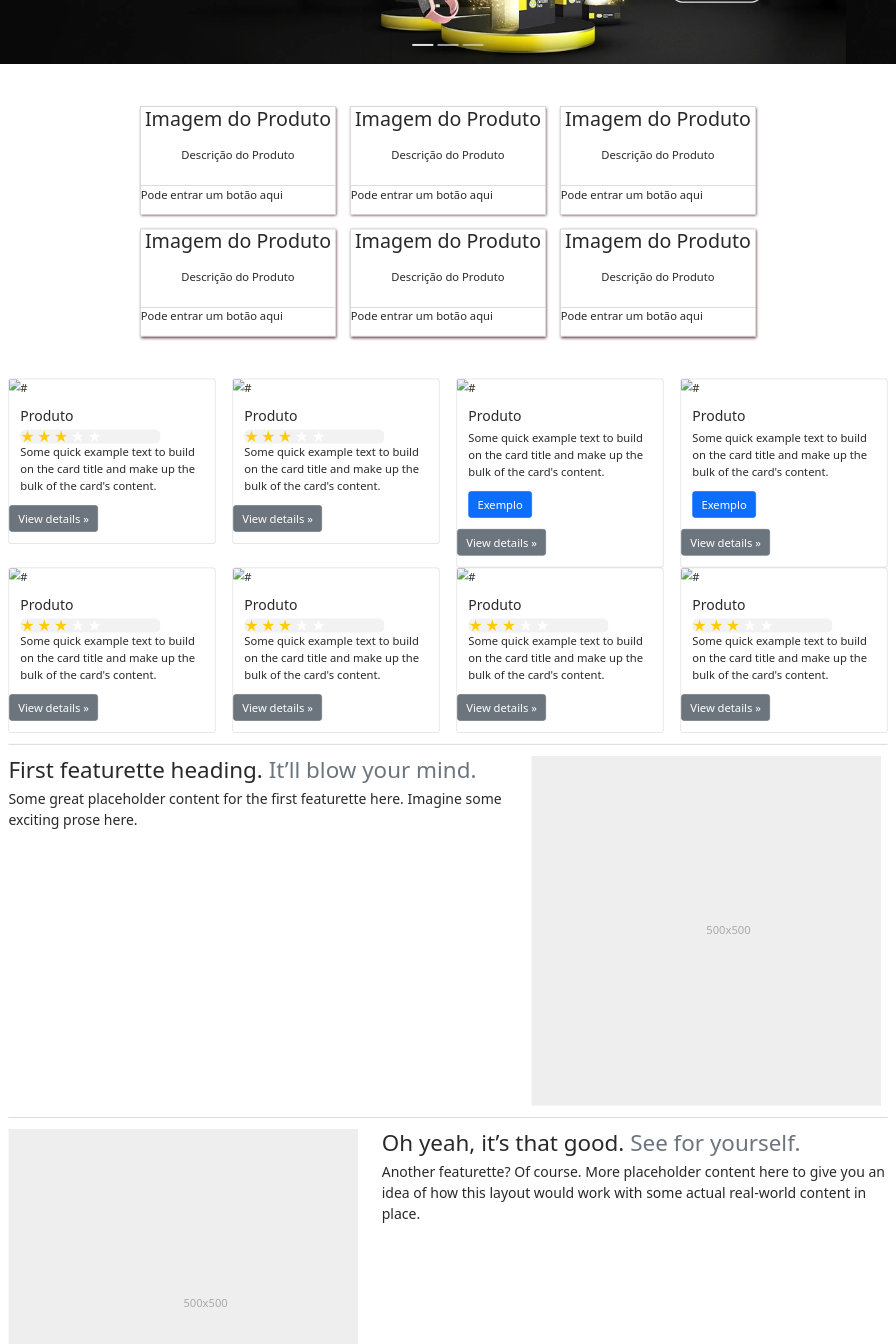
Repository: dantas-barreto/trabalho-interdisciplinar-IDW-IAP
Page: index.html
These files come from the project's save history. The page is drawn as it stood at one moment and after the next save; the edit follows.
The browser window is 1280 px wide. The pictures show the part of the page from y = 364 to 2284 px (the page is 3083 px tall before and 3103 px after), at 70% of full size.
Some web libraries are served in a nearby version.

Above is the page before, as saved 2021-11-27 18:25:07.

### index.html
<!DOCTYPE html>
<html lang="pt-br">
  <head>
    <meta charset="utf-8" />
    <meta name="viewport" content="width=device-width, initial-scale=1.0" />
    <link
      href="https://cdn.jsdelivr.net/npm/bootstrap@5.1.3/dist/css/bootstrap.min.css"
      rel="stylesheet"
      integrity="sha384-1BmE4kWBq78iYhFldvKuhfTAU6auU8tT94WrHftjDbrCEXSU1oBoqyl2QvZ6jIW3"
      crossorigin="anonymous"
    />
    <link
      rel="stylesheet"
      href="https://cdn.jsdelivr.net/npm/bootstrap-icons@1.7.1/font/bootstrap-icons.css"
    />
    <link rel="shortcut icon" href="img/favicon.ico" type="image/x-icon" />
    <link rel="stylesheet" href="css/globalStyle.css" />
    <title>DevTech Express</title>
  </head>
  <body>
    <nav class="navbar navbar-expand-lg header">
      <div class="container-fluid">
        <a class="navbar-brand" href="#">
          <img
            src="img/logo.png"
            width="90rem"
            height="90rem"
            alt="Logo DevTech Express"
          />
        </a>
        <button
          class="navbar-toggler"
          type="button"
          data-bs-toggle="collapse"
          data-bs-target="#navbarSupportedContent"
          aria-controls="navbarSupportedContent"
          aria-expanded="false"
          aria-label="Toggle navigation"
        >
          <span class="navbar-toggler-icon"></span>
        </button>
        <div class="collapse navbar-collapse" id="navbarSupportedContent">
          <ul class="navbar-nav me-auto mb-2 mb-lg-0">
            <li class="nav-item">
              <a
                class="nav-link link-light headerOption active"
                aria-current="page"
                href="#"
                >Mais Vendidos</a
              >
            </li>
            <li class="nav-item">
              <a
                class="nav-link link-light headerOption active"
                href="Clientes.html"
                >Em Promoção</a
              >
            </li>
            <li class="nav-item">
              <a
                class="nav-link link-light headerOption active"
                href="Fornecedores.html"
                >Baixe o App</a
              >
            </li>
            <li class="nav-item">
              <a
                class="nav-link link-light headerOption active"
                href="Produtos.html"
                >Atendimento ao Cliente</a
              >
            </li>
            <li class="nav-item dropdown">
              <a
                class="nav-link link-light headerOption active dropdown-toggle"
                href="#"
                id="navbarDropdown"
                role="button"
                data-bs-toggle="dropdown"
                aria-expanded="false"
              >
                Categorias
              </a>
              <ul class="dropdown-menu" aria-labelledby="navbarDropdown">
                <li><a class="dropdown-item" href="#">Categoria 01</a></li>
                <li><a class="dropdown-item" href="#">Categoria 02</a></li>
                <li><a class="dropdown-item" href="#">Categoria 03</a></li>
                <li><a class="dropdown-item" href="#">Categoria 04</a></li>
                <li><a class="dropdown-item" href="#">Categoria 05</a></li>
                <li><a class="dropdown-item" href="#">Categoria 06</a></li>
                <li><a class="dropdown-item" href="#">Categoria 07</a></li>
                <li><a class="dropdown-item" href="#">Categoria 08</a></li>
              </ul>
            </li>
          </ul>
          <i class="bi bi-cart3 text-light me-1" style="font-size: 2em"></i>
          <form class="d-flex" id="procurar">
            <input
              class="form-control me-2"
              type="search"
              placeholder="Buscar produtos"
              aria-label="Search"
            />
            <button class="btn btn-outline-light" type="submit">
              Procurar
            </button>
          </form>
        </div>
      </div>
    </nav>

    <main>
      <div id="myCarousel" class="carousel slide mb-4" data-bs-ride="carousel">
        <div class="carousel-indicators">
          <button
            type="button"
            data-bs-target="#myCarousel"
            data-bs-slide-to="0"
            class="active"
            aria-current="true"
            aria-label="Slide 1"
          ></button>
          <button
            type="button"
            data-bs-target="#myCarousel"
            data-bs-slide-to="1"
            aria-label="Slide 2"
          ></button>
          <button
            type="button"
            data-bs-target="#myCarousel"
            data-bs-slide-to="2"
            aria-label="Slide 3"
          ></button>
        </div>
        <div class="carousel-inner">
          <div class="carousel-item active">
            <img src="img/exemplo3.webp" alt="Product #1" />
          </div>
          <div class="carousel-item">
            <img src="img/exemplo2.webp" alt="Product #2" />
          </div>
          <div class="carousel-item">
            <img src="img/exemplo1.webp" alt="Product #3" />
          </div>
        </div>
        <button
          class="carousel-control-prev"
          type="button"
          data-bs-target="#myCarousel"
          data-bs-slide="prev"
        >
          <span class="carousel-control-prev-icon" aria-hidden="true"></span>
          <span class="visually-hidden">Previous</span>
        </button>
        <button
          class="carousel-control-next"
          type="button"
          data-bs-target="#myCarousel"
          data-bs-slide="next"
        >
          <span class="carousel-control-next-icon" aria-hidden="true"></span>
          <span class="visually-hidden">Next</span>
        </button>
      </div>

      <div class="container-fluid marketing">
        <div class="wrapper">
          <div class="block">
            <div class="tag_name">
              <h3>Imagem do Produto</h3>
            </div>
            <div class="block_desc">
              <p>Descrição do Produto</p>
            </div>
            <div class="block_link">
              <p>Pode entrar um botão aqui</p>
            </div>
          </div>
          <div class="block">
            <div class="tag_name">
              <h3>Imagem do Produto</h3>
            </div>
            <div class="block_desc">
              <p>Descrição do Produto</p>
            </div>
            <div class="block_link">
              <p>Pode entrar um botão aqui</p>
            </div>
          </div>
          <div class="block">
            <div class="tag_name">
              <h3>Imagem do Produto</h3>
            </div>
            <div class="block_desc">
              <p>Descrição do Produto</p>
            </div>
            <div class="block_link">
              <p>Pode entrar um botão aqui</p>
            </div>
          </div>
          <div class="block">
            <div class="tag_name">
              <h3>Imagem do Produto</h3>
            </div>
            <div class="block_desc">
              <p>Descrição do Produto</p>
            </div>
            <div class="block_link">
              <p>Pode entrar um botão aqui</p>
            </div>
          </div>
          <div class="block">
            <div class="tag_name">
              <h3>Imagem do Produto</h3>
            </div>
            <div class="block_desc">
              <p>Descrição do Produto</p>
            </div>
            <div class="block_link">
              <p>Pode entrar um botão aqui</p>
            </div>
          </div>
          <div class="block">
            <div class="tag_name">
              <h3>Imagem do Produto</h3>
            </div>
            <div class="block_desc">
              <p>Descrição do Produto</p>
            </div>
            <div class="block_link">
              <p>Pode entrar um botão aqui</p>
            </div>
          </div>
        </div>

        <div class="row">
          <!-- Fazer os cards ficarem do mesmo tamanho que o maior -->
          <div class="col-xl-3 col-lg-4 col-md-6">
            <div class="card">
              <img src="#" class="card-img-top" alt="#" />
              <div class="card-body">
                <h5 class="card-title">Produto</h5>
                <div class="classificacao">
                  <div class="qualidade" style="--rating: 3"></div>
                </div>
                <p class="card-text">
                  Some quick example text to build on the card title and make up
                  the bulk of the card's content.
                </p>
              </div>
              <p>
                <a class="btn btn-secondary" href="#">View details &raquo;</a>
              </p>
            </div>
          </div>
          <div class="col-xl-3 col-lg-4 col-md-6">
            <div class="card">
              <img src="#" class="card-img-top" alt="#" />
              <div class="card-body">
                <h5 class="card-title">Produto</h5>
                <div class="classificacao">
                  <div class="qualidade" style="--rating: 3"></div>
                </div>
                <p class="card-text">
                  Some quick example text to build on the card title and make up
                  the bulk of the card's content.
                </p>
              </div>
              <p>
                <a class="btn btn-secondary" href="#">View details &raquo;</a>
              </p>
            </div>
          </div>
          <div class="col-xl-3 col-lg-4 col-md-6">
            <div class="card">
              <img src="#" class="card-img-top" alt="#" />
              <div class="card-body">
                <h5 class="card-title">Produto</h5>
                <p class="card-text">
                  Some quick example text to build on the card title and make up
                  the bulk of the card's content.
                </p>
                <a href="#" class="btn btn-primary">Exemplo</a>
              </div>
              <p>
                <a class="btn btn-secondary" href="#">View details &raquo;</a>
              </p>
            </div>
          </div>
          <div class="col-xl-3 col-lg-4 col-md-6">
            <div class="card">
              <img src="#" class="card-img-top" alt="#" />
              <div class="card-body">
                <h5 class="card-title">Produto</h5>
                <p class="card-text">
                  Some quick example text to build on the card title and make up
                  the bulk of the card's content.
                </p>
                <a href="#" class="btn btn-primary">Exemplo</a>
              </div>
              <p>
                <a class="btn btn-secondary" href="#">View details &raquo;</a>
              </p>
            </div>
          </div>
          <div class="col-xl-3 col-lg-4 col-md-6">
            <div class="card">
              <img src="#" class="card-img-top" alt="#" />
              <div class="card-body">
                <h5 class="card-title">Produto</h5>
                <div class="classificacao">
                  <div class="qualidade" style="--rating: 3"></div>
                </div>
                <p class="card-text">
                  Some quick example text to build on the card title and make up
                  the bulk of the card's content.
                </p>
              </div>
              <p>
                <a class="btn btn-secondary" href="#">View details &raquo;</a>
              </p>
            </div>
          </div>
          <div class="col-xl-3 col-lg-4 col-md-6">
            <div class="card">
              <img src="#" class="card-img-top" alt="#" />
              <div class="card-body">
                <h5 class="card-title">Produto</h5>
                <div class="classificacao">
                  <div class="qualidade" style="--rating: 3"></div>
                </div>
                <p class="card-text">
                  Some quick example text to build on the card title and make up
                  the bulk of the card's content.
                </p>
              </div>
              <p>
                <a class="btn btn-secondary" href="#">View details &raquo;</a>
              </p>
            </div>
          </div>
          <div class="col-xl-3 col-lg-4 col-md-6">
            <div class="card">
              <img src="#" class="card-img-top" alt="#" />
              <div class="card-body">
                <h5 class="card-title">Produto</h5>
                <div class="classificacao">
                  <div class="qualidade" style="--rating: 3"></div>
                </div>
                <p class="card-text">
                  Some quick example text to build on the card title and make up
                  the bulk of the card's content.
                </p>
              </div>
              <p>
                <a class="btn btn-secondary" href="#">View details &raquo;</a>
              </p>
            </div>
          </div>
          <div class="col-xl-3 col-lg-4 col-md-6">
            <div class="card">
              <img src="#" class="card-img-top" alt="#" />
              <div class="card-body">
                <h5 class="card-title">Produto</h5>
                <div class="classificacao">
                  <div class="qualidade" style="--rating: 3"></div>
                </div>
                <p class="card-text">
                  Some quick example text to build on the card title and make up
                  the bulk of the card's content.
                </p>
              </div>
              <p>
                <a class="btn btn-secondary" href="#">View details &raquo;</a>
              </p>
            </div>
          </div>
        </div>

        <hr class="featurette-divider" />

        <div class="row featurette">
          <div class="col-md-7">
            <h2 class="featurette-heading">
              First featurette heading.
              <span class="text-muted">It’ll blow your mind.</span>
            </h2>
            <p class="lead">
              Some great placeholder content for the first featurette here.
              Imagine some exciting prose here.
            </p>
          </div>
          <div class="col-md-5">
            <svg
              class="
                bd-placeholder-img bd-placeholder-img-lg
                featurette-image
                img-fluid
                mx-auto
              "
              width="500"
              height="500"
              xmlns="http://www.w3.org/2000/svg"
              role="img"
              aria-label="Placeholder: 500x500"
              preserveAspectRatio="xMidYMid slice"
              focusable="false"
            >
              <title>Placeholder</title>
              <rect width="100%" height="100%" fill="#eee" />
              <text x="50%" y="50%" fill="#aaa" dy=".3em">500x500</text>
            </svg>
          </div>
        </div>

        <hr class="featurette-divider" />

        <div class="row featurette">
          <div class="col-md-7 order-md-2">
            <h2 class="featurette-heading">
              Oh yeah, it’s that good.
              <span class="text-muted">See for yourself.</span>
            </h2>
            <p class="lead">
              Another featurette? Of course. More placeholder content here to
              give you an idea of how this layout would work with some actual
              real-world content in place.
            </p>
          </div>
          <div class="col-md-5 order-md-1">
            <svg
              class="
                bd-placeholder-img bd-placeholder-img-lg
                featurette-image
                img-fluid
                mx-auto
              "
              width="500"
              height="500"
              xmlns="http://www.w3.org/2000/svg"
              role="img"
              aria-label="Placeholder: 500x500"
              preserveAspectRatio="xMidYMid slice"
              focusable="false"
            >
              <title>Placeholder</title>
              <rect width="100%" height="100%" fill="#eee" />
              <text x="50%" y="50%" fill="#aaa" dy=".3em">500x500</text>
            </svg>
          </div>
        </div>

        <hr class="featurette-divider" />

        <div class="row featurette">
          <div class="col-md-7">
            <h2 class="featurette-heading">
              And lastly, this one. <span class="text-muted">Checkmate.</span>
            </h2>
            <p class="lead">
              And yes, this is the last block of representative placeholder
              content. Again, not really intended to be actually read, simply
              here to give you a better view of what this would look like with
              some actual content. Your content.
            </p>
          </div>
          <div class="col-md-5">
            <svg
              class="
                bd-placeholder-img bd-placeholder-img-lg
                featurette-image
                img-fluid
                mx-auto
              "
              width="500"
              height="500"
              xmlns="http://www.w3.org/2000/svg"
              role="img"
              aria-label="Placeholder: 500x500"
              preserveAspectRatio="xMidYMid slice"
              focusable="false"
            >
              <title>Placeholder</title>
              <rect width="100%" height="100%" fill="#eee" />
              <text x="50%" y="50%" fill="#aaa" dy=".3em">500x500</text>
            </svg>
          </div>
        </div>
      </div>

      <footer class="container-fluid">
        <hr class="featurette-divider" />
        <p class="float-end"><a href="#">Voltar ao topo</a></p>
        <p>
          &copy; 2017–2021 Company, Inc. &middot;
          <a href="#">Privacy</a> &middot; <a href="#">Terms</a>
        </p>
      </footer>
    </main>

    <script
      src="https://cdn.jsdelivr.net/npm/bootstrap@5.1.3/dist/js/bootstrap.bundle.min.js"
      integrity="sha384-ka7Sk0Gln4gmtz2MlQnikT1wXgYsOg+OMhuP+IlRH9sENBO0LRn5q+8nbTov4+1p"
      crossorigin="anonymous"
    ></script>
  </body>
</html>

### css/globalStyle.css
:root {
  --fontColor: #292929;
  --bgColor: #ebebeb;
  --header: #610ce9;
  --general: #2c34c9;
  --effect: #4aa2f8;

  --fontColorClosed: #1b1b1b;
  --bgColorClosed: #989898;
  --headerClosed: #3f0897;
  --generalClosed: #1d2282;
  --effectClosed: #076dc0;

  --fontColorOpen: #747474;
  --bgColorOpen: #f2f2f2;
  --headerOpen: #975bf6;
  --generalOpen: #7277e0;
  --effectOpen: #7fc3fa;
}

* {
  color: var(--fontColor);
}

.headerOption:hover {
  color: var(--effectOpen);
}

/* Header */
.header {
  background-color: var(--effectClosed);
}
/* End Header */

/* Icons */

/* End Icons */

/* Stars */
.classificacao {
  display: flex;
  justify-content: space-between;
}

.classificacao {
  background-color: #f2f2f2;
  border-radius: 8px;
  text-align: center;
  width: 200px;
}

.qualidade {
  --percent: calc(var(--rating) / 5 * 100%);
  display: inline-block;
  font-size: 20px;
  line-height: 1;
}

.qualidade::before {
  background: linear-gradient(90deg, #fc0 var(--percent), #fff var(--percent));
  content: "★★★★★";
  letter-spacing: 3px;
  background-clip: text;
  -webkit-background-clip: text;
  -webkit-text-fill-color: transparent;
}
/* End Stars */

/* Cards */
.wrapper {
  display: flex;
  flex-wrap: wrap;
  max-width: 900px;
  width: 100%;
  margin: 50px auto;
}

.block {
  width: calc(
    100% / 3 - 20px
  ); /*divide 100% da tela em 3 partes e subtrai o valor lateral da margem*/
  margin: 10px;
  background-color: #fff;
  border: 1px solid #ccc;
  box-shadow: 2px 2px 4px 0px rgba(51, 6, 10, 0.85);

  display: flex;
  flex-direction: column;
}

.tag_name {
  text-align: center;
}

.tag_name img {
  width: 100%;
  height: 100%;
}

.block_desc {
  text-align: center;
  padding: 15px;
  flex-grow: 1; /*empurra todo o conteúdo para baixo mantendo a altura do maior elemento*/
}

.block_link {
  border-top: 1px solid #ccc;
}
/* End Cards */

After the next save:
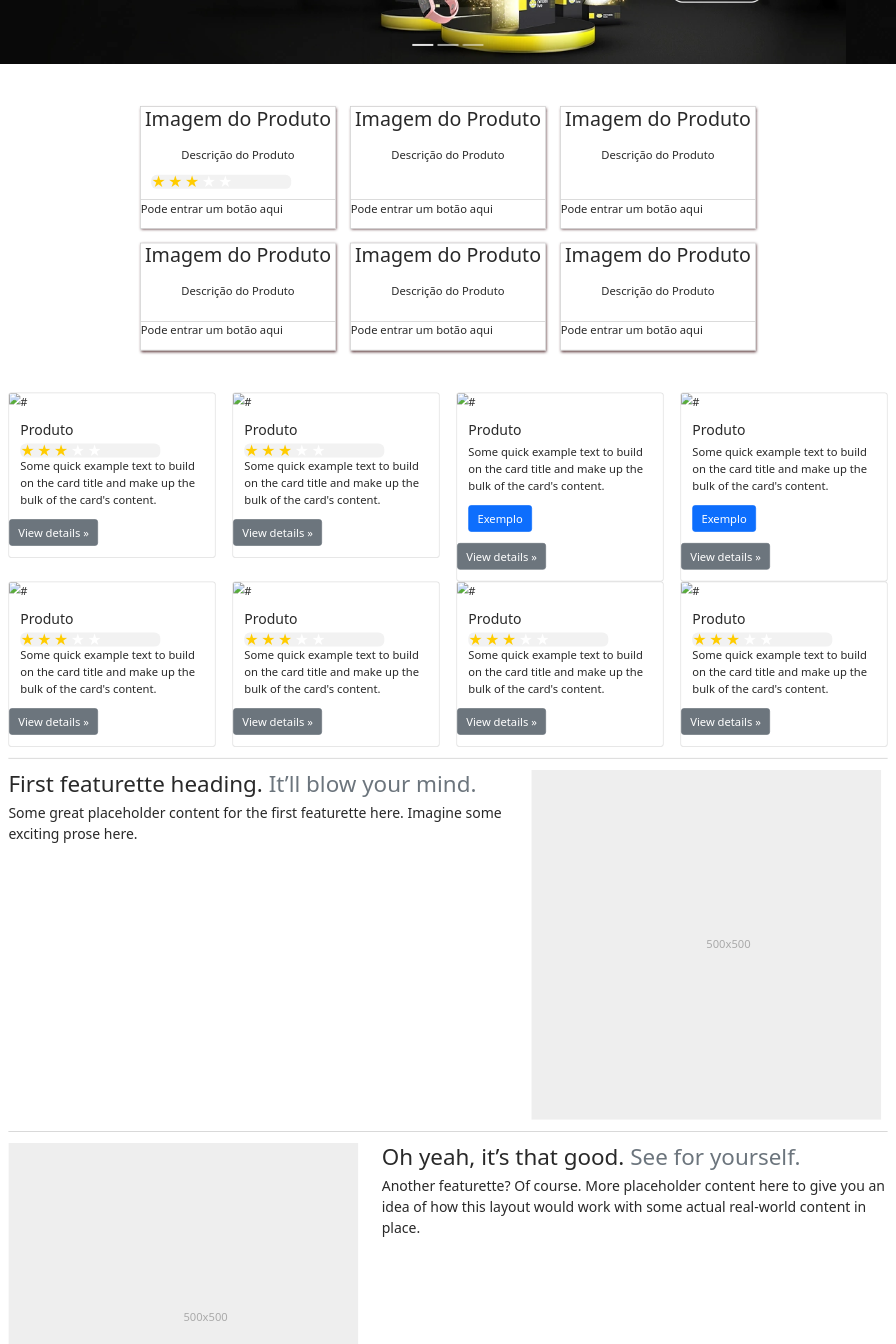
Saved 64 s later.
--- a/index.html
+++ b/index.html
@@ -172,6 +172,9 @@
             </div>
             <div class="block_desc">
               <p>Descrição do Produto</p>
+              <div class="classificacao">
+                <div class="qualidade" style="--rating: 3"></div>
+              </div>
             </div>
             <div class="block_link">
               <p>Pode entrar um botão aqui</p>
